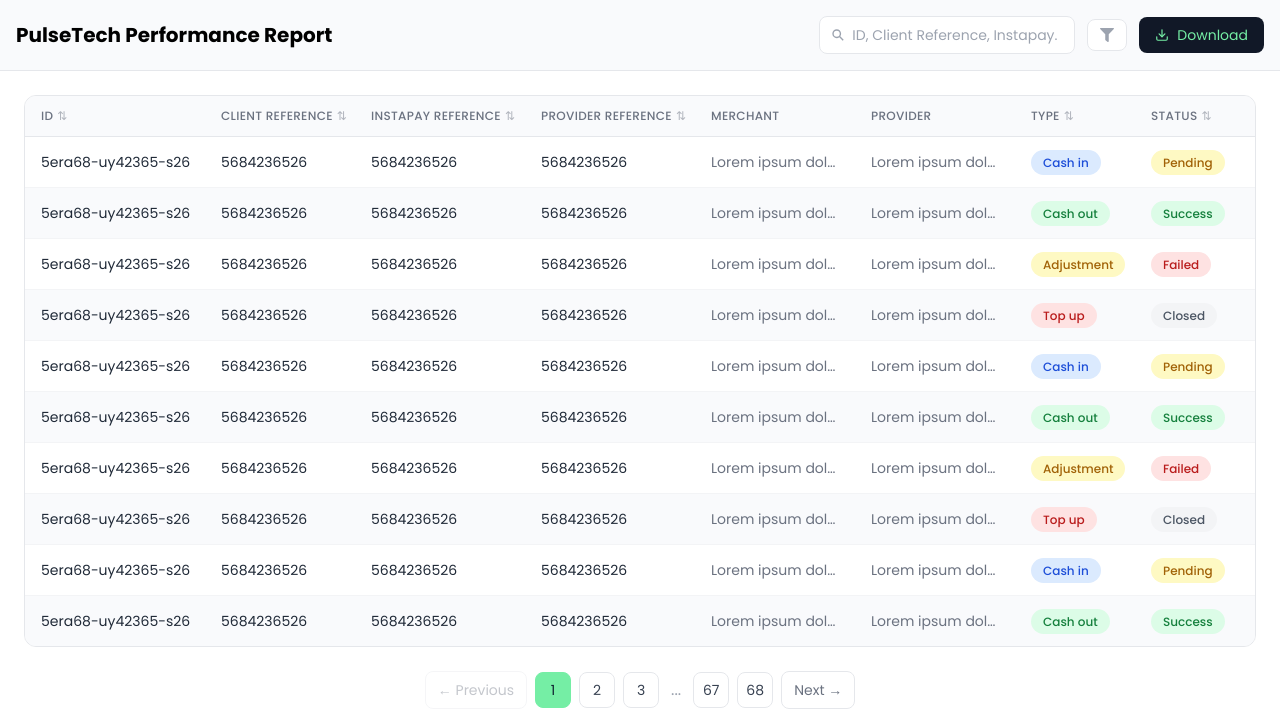
Repository: ShyrineJardin/pulse_admin
Page: /dashboard
These files come from the project's save history. The page is drawn as it stood at one moment and after the next save; the edit follows.
The browser window is 1280 px wide. The pictures show the whole page.
The project was rebuilt for these pictures with package versions that can differ from the ones it lists, and the page was loaded fresh each time. Also part of the build but not shown: src/components/Login.jsx.

Above is the page before, as saved 2026-03-26 15:35:49.

After the next save:
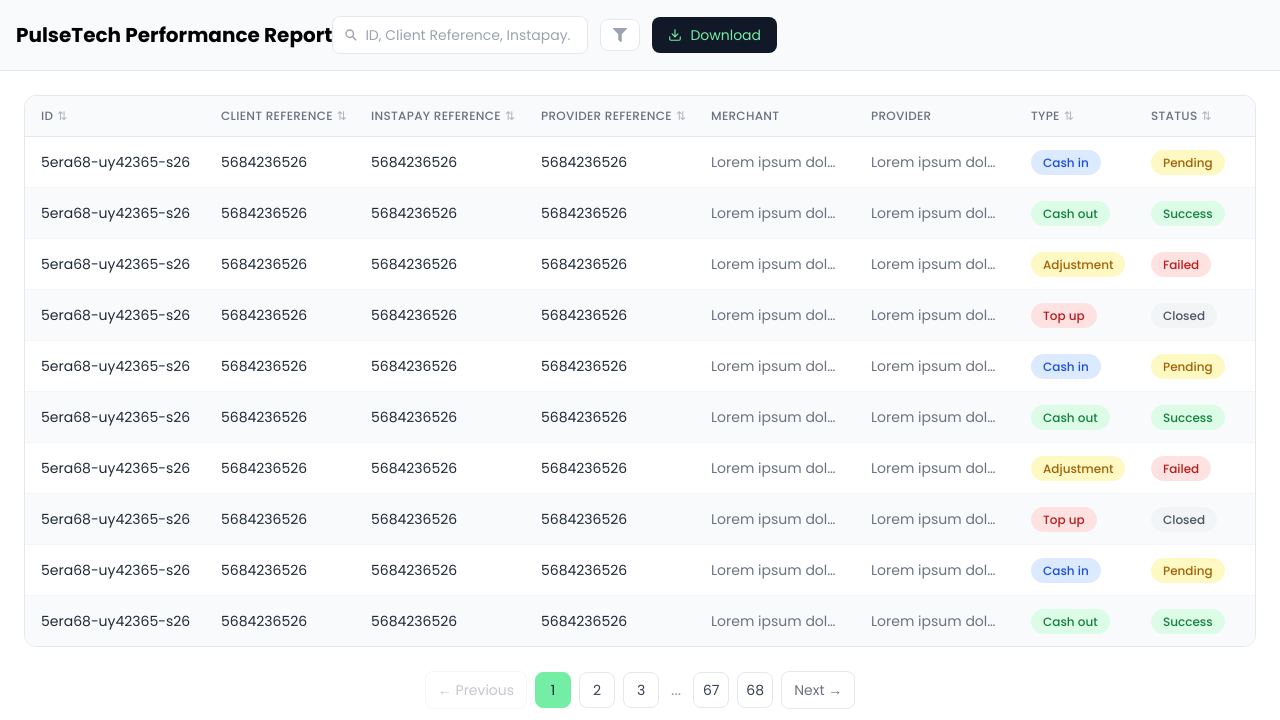
Saved 68 s later.
--- a/src/components/Dashboard.jsx
+++ b/src/components/Dashboard.jsx
@@ -293,7 +293,7 @@
       )}
 
       {/* Header */}
-      <div className="flex items-center justify-between mb-6 bg-[#F9FAFC] w-full p-4 border-b border-gray-200">
+      <div className="flex items-center flex-justify-between mb-6 bg-[#F9FAFC] w-full p-4 border-b border-gray-200">
         <h1 className="text-lg lg:text-xl font-bold">PulseTech Performance Report</h1>
         <div className="flex items-center gap-2 lg:gap-3">
           <div className="relative">
